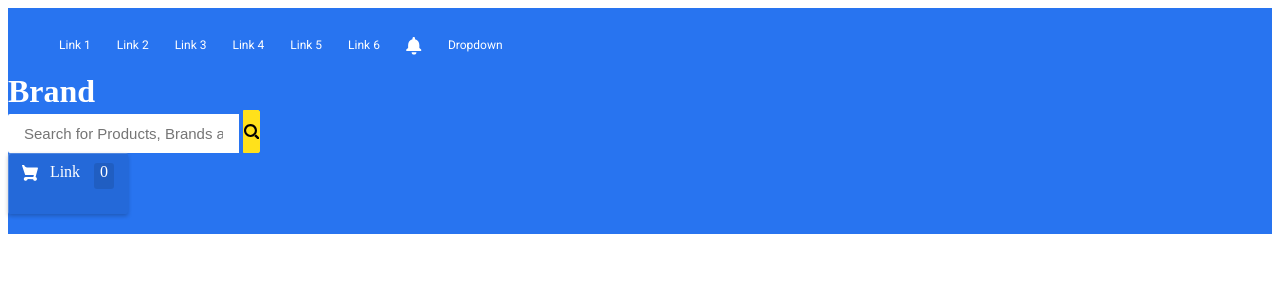
Repository: mrahulbisht/Wheelskart-Project
Page: http://localhost/WheelskartFrontEnd/WEB-INF/views/navbar.jsp
An editor plug-in stored every save of this project. The page is shown before and after the next save, followed by the edit.
The browser window is 1280 px wide. The pictures show the whole page.
Some web libraries are served in a nearby version. The page is served by Tomcat 9. Nobody is signed in. The template is opened directly, without the code that normally fills it, so the values that code supplies are empty.

Above is the page before, as saved 2017-04-18 07:57:02.

After the next save:
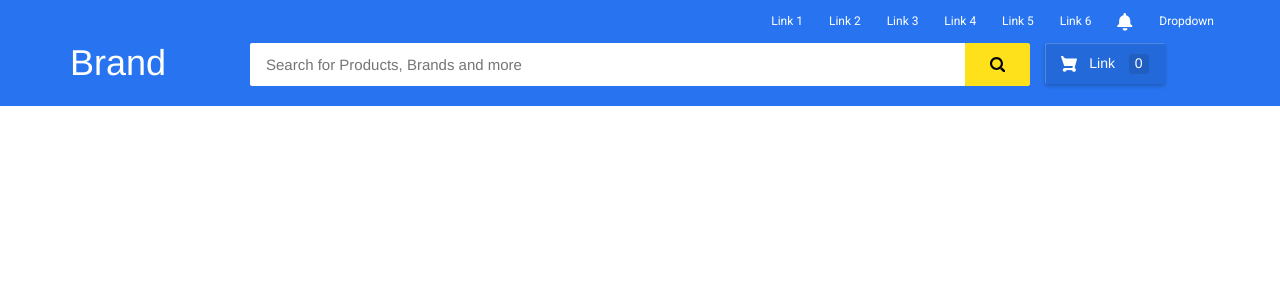
Saved 2 min 6 s later.
--- a/project/WheelskartFrontEnd/src/main/webapp/WEB-INF/views/navbar.jsp
+++ b/project/WheelskartFrontEnd/src/main/webapp/WEB-INF/views/navbar.jsp
@@ -3,7 +3,22 @@
 <!DOCTYPE html PUBLIC "-//W3C//DTD HTML 4.01 Transitional//EN" "http://www.w3.org/TR/html4/loose.dtd">
 <html>
 <head>
+
 <meta http-equiv="Content-Type" content="text/html; charset=ISO-8859-1">
+<meta name="viewport" content="width=device-width, initial-scale=1">
+  <link rel="stylesheet" href="https://maxcdn.bootstrapcdn.com/bootstrap/3.3.7/css/bootstrap.min.css">
+  <script src="https://ajax.googleapis.com/ajax/libs/jquery/3.2.0/jquery.min.js"></script>
+  <script src="https://maxcdn.bootstrapcdn.com/bootstrap/3.3.7/js/bootstrap.min.js"></script>
+  <script>function openNav() {
+	    document.getElementById("mySidenav").style.width = "70%";
+	    // document.getElementById("flipkart-navbar").style.width = "50%";
+	    document.body.style.backgroundColor = "rgba(0,0,0,0.4)";
+	}
+
+	function closeNav() {
+	    document.getElementById("mySidenav").style.width = "0";
+	    document.body.style.backgroundColor = "rgba(0,0,0,0)";
+	}</script>
 <title>Insert title here</title>
 </head>
 <body>
